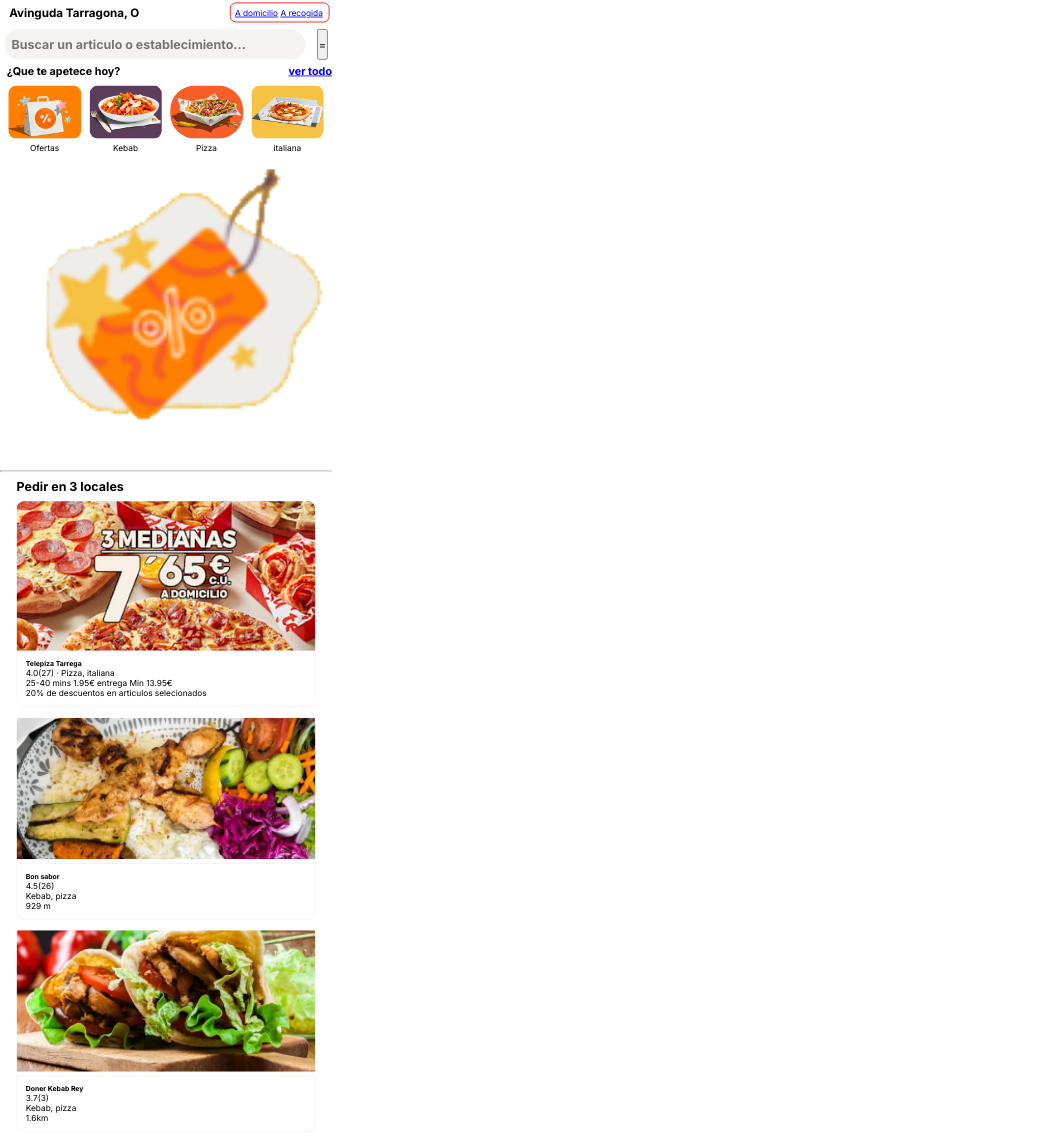
Repository: Srpinedaa/justEat
Page: index.html
The author's editor kept a copy of each file at every save. The page is drawn from the files as they stood at one save, then again after the next save.
The browser window is 1280 px wide. The pictures show the whole page, at 83% of full size.

Above is the page before, as saved 2024-10-03 16:00:17.

### index.html
<!DOCTYPE html>
<html lang="en">

<head>
    <meta charset="UTF-8">
    <meta name="viewport" content="width=, initial-scale=1.0">
    <title>Just Eat</title>
    <link href="https://fonts.googleapis.com/css2?family=Inter:ital,opsz,wght@0,14..32,100..900;1,14..32,100..900&display=swap" rel="stylesheet">
    <link rel="stylesheet" href="css/estilos.css">
</head>

<body>
    <div id="all">
        <header>
            <div id="navDireccion">
                <h2 class="direccion">Avinguda Tarragona, O</h2>
                <div class="formaPedido">
                    <a href="#">A domicilio</a>
                    <a href="#">A recogida</a>
                </div>
            </div>

            <div id="navBuscador">
                <input type="search" placeholder="Buscar un articulo o establecimiento...">
                <button>=</button>
            </div>
        </header>
        <main>
            <div id="contenido">
                <div id="bloque1">
                    <section class="bloque1Sesion1">
                        <h4>¿Que te apetece hoy?</h4>
                        <h4><a href="#">ver todo</a></h4>
                    </section>
                    <section class="bloque1Sesion2">
                        <div class="fotoComida ofertas">
                            <img src="img/ofertas.png" alt="ofertas">
                            <p>Ofertas</p>
                        </div>
                        <div class="fotoComida kebab">
                            <img src="img/italiana.png" alt="italiana">
                            <p>Kebab</p>
                        </div>
                        <div class="fotoComida kebab2">
                            <img src="img/kebab.png" alt="kebab">
                            <p>Pizza</p>
                        </div>
                        <div class="fotoComida pizza">
                            <img src="img/pizza.png" alt="pizza">
                            <p>italiana</p>
                        </div>
                    </section>
                </div>
                <div id="bloque2">
                    <div id="slideShow">
                        <img src="img/descuento.png" alt="descuentos">
                    </div>
                </div>
                <hr>
                <div id="bloque3">
                    <h2>Pedir en 3 locales</h2>
                    <section class="bloquePedidos">
                        <div class="pedido">
                            <div class="imagenPedido">
                                <img src="img/pizza.jpg" alt="pizza">
                            </div>
                            <div class="informacionPedido">
                                <h5>Telepiza Tarrega</h5>
                                <p>4.0(27) · Pizza, italiana</p>
                                <p>25-40 mins 1.95€ entrega Min 13.95€</p>
                                <p>20% de descuentos en articulos selecionados</p>
                            </div>
                        </div>
                        <div class="pedido">
                            <div class="imagenPedido">
                                <img src="img/combinat.png" alt="pizza">
                            </div>
                            <div class="informacionPedido">
                                <h5>Bon sabor</h5>
                                <p>4.5(26)</p>
                                <p>Kebab, pizza</p>
                                <p>929 m</p>
                            </div>
                        </div>
                        <div class="pedido">
                            <div class="imagenPedido">
                                <img src="img/doner.png" alt="pizza">
                            </div>
                            <div class="informacionPedido">
                                <h5>Doner Kebab Rey</h5>
                                <p>3.7(3)</p>
                                <p>Kebab, pizza</p>
                                <p>1.6km</p>
                            </div>
                        </div>
                    </section>
                </div>
            </div>
        </main>
        <footer></footer>
    </div>
</body>

</html>

### css/estilos.css
*{
    margin: 0;
    padding: 0;
    box-sizing: border-box;
    font-family: "Inter", sans-serif;
}

html{
    font-size: 62.5%;
}

#all{
    /* border: 1px solid red; */
    overflow: hidden;
    width: 40rem;

}

#navDireccion{
    /* border: 1px solid green; */
    display: flex;
    justify-content: space-between;
    margin-bottom: 9px;
    padding: 3px;
    align-items: center;
    margin: 0;
}

#navBuscador{
    padding: 5px;
    /* border: 1px solid blue; */
    display: flex;
    justify-content: space-between;
}

.direccion{
    margin-left: 8px;
    font-size: 1.4rem;
    font-weight:bolder;
    color: black;
}

#navBuscador input{
    width: 93%;
    border-radius: 3rem;
    padding: 8px;
    border: 1px solid #f5f3f1;
    background-color: #f5f3f1;
    font-size: 1.5rem;
    font-weight: bolder;

}

.buscador{
    /* border: 1px solid red; */
    border-radius: 7px;
    padding: 5px;
}


#slideShow{
    width: 100%;
    height: auto;
    margin-bottom: 2rem;
    padding: 5px;
    /* border: 1px solid cadetblue; */
}

#slideShow img{
    width: 100%;
    height: 100%;
}

.formaPedido{
    border: 1px solid red;
    border-radius: 7px;
    padding: 5px;
    width: 12rem;
    padding: 5px;

}

#contenido{
    /* border: 1px solid green; */
}

#bloque1{
    /* border: 1px solid blue; */
    display: flex;
    flex-direction: column;
}

.bloque1Sesion1{
    /* border: 1px solid pink; */
    display: flex;
    justify-content: space-between;
}

.bloque1Sesion1 h4{
    font-size: 1.3rem;
}

.bloque1Sesion1 h4:first-child{
    margin-left: 8px;
}

.bloque1Sesion2{
    /* border: 1px solid brown; */
    display: flex;
    width: 100%;
    justify-content: space-between;
    padding: 5px;
}

.fotoComida{
    width: 15rem;
    height: auto;
    padding: 5px;
    display: flex;
    flex-direction: column;
    align-items: center;
}

.fotoComida img{
    width: 100%;
    height: 100%;
    border-radius: 3rem;
    /* border: 1px solid salmon; */
}

.ofertas img,
.kebab img,
.kabab2 img,
.pizza img{
    border-radius: 1rem;

}

.ofertas img{
    background-color: #ff8000;
}

.kebab img{
    background-color: #5b3d5b;

}

.kebab2 img{
    background-color: #f75e28;

}

.pizza img{
    background-color: #f6c243;

}

.fotoComida p{
    margin: 5px 0;
}

#bloque3{
    margin-top: 8px;
}

#bloque3 h2{
    margin-bottom: 8px;
    margin-left: 2rem;
}

.bloquePedidos{
    /* border: 1px solid blue; */
}

.pedido{
    width: 100%;
    /* border: 1px solid green; */
    display: flex;
    flex-direction: column;
    border-radius: 8px;
    margin-bottom: 8px;
}

.imagenPedido{
    width: 36rem;
    /* border: 1px solid red; */
    display: flex;
    justify-content: center;
    align-items: center;
    height: 18rem;
    overflow: hidden;
    border-top-right-radius: 9px;
    border-top-left-radius: 9px;
    margin: 0 auto;
    /* position: relative; */
}

.imagenPedido img{
    width: 100%;
    height: auto;
}

.informacionPedido{
    width: 36rem;
    /* background-color: wheat; */
    display: flex;
    flex-direction: column;
    flex-wrap: wrap;
    margin: 0 auto;
    padding: 1rem;
    border-bottom-left-radius: 9px;
    border-bottom-right-radius: 9px;
    border: 1px solid #f2f2f2;

}

.informacionPedido h5{
    width: 100%;
}

.informacionPedido p:last-child{
    width: 100%;
}

After the next save:
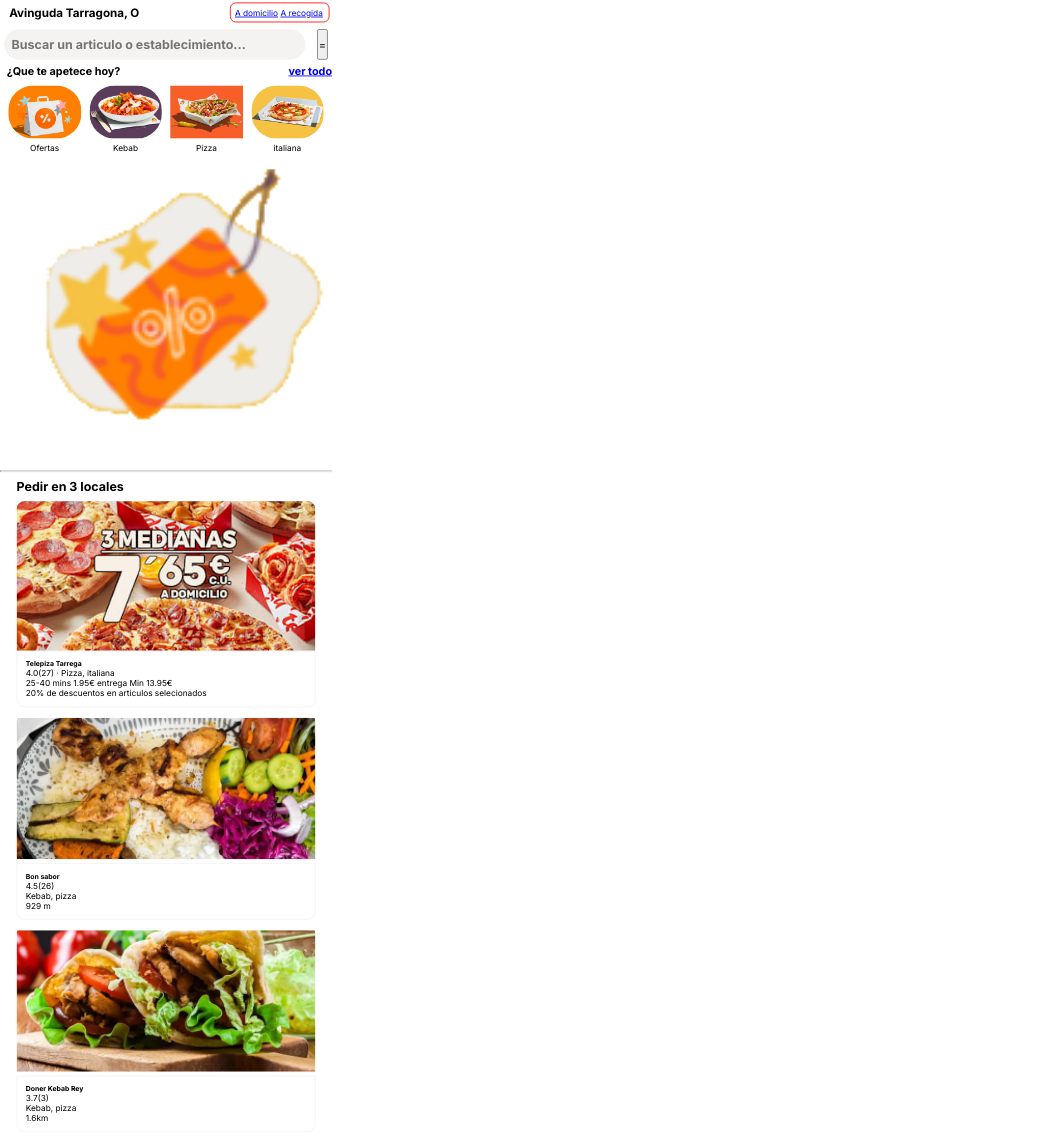
Saved 33 s later.
--- a/css/estilos.css
+++ b/css/estilos.css
@@ -124,7 +124,6 @@
 .fotoComida img{
     width: 100%;
     height: 100%;
-    border-radius: 3rem;
     /* border: 1px solid salmon; */
 }
 
@@ -132,8 +131,7 @@
 .kebab img,
 .kabab2 img,
 .pizza img{
-    border-radius: 1rem;
-
+    border-radius: 3rem;
 }
 
 .ofertas img{
